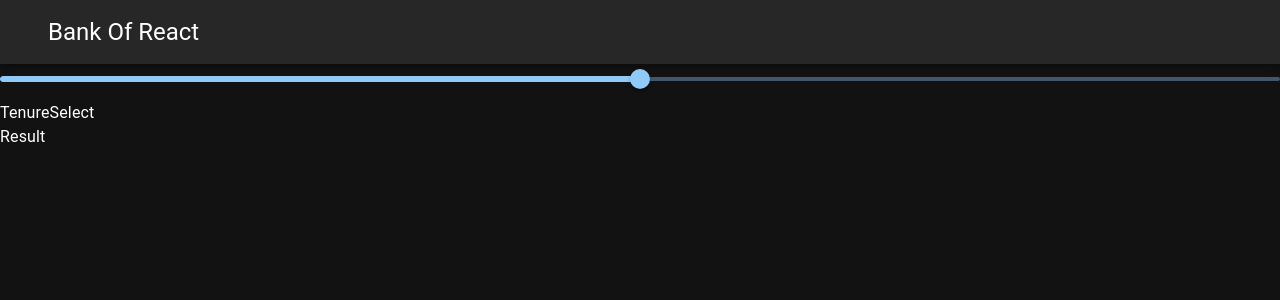
Repository: MikeeBuilds/mortgage-calculator
Page: /
The author's editor kept a copy of each file at every save. The page is drawn from the files as they stood at one save, then again after a run of saves.
The browser window is 1280 px wide. The pictures show the whole page.
The project was rebuilt for these pictures with package versions that can differ from the ones it lists, and the page was loaded fresh each time.

Above is the page before, as saved 2023-04-03 17:13:13.

After the next 6 saves:
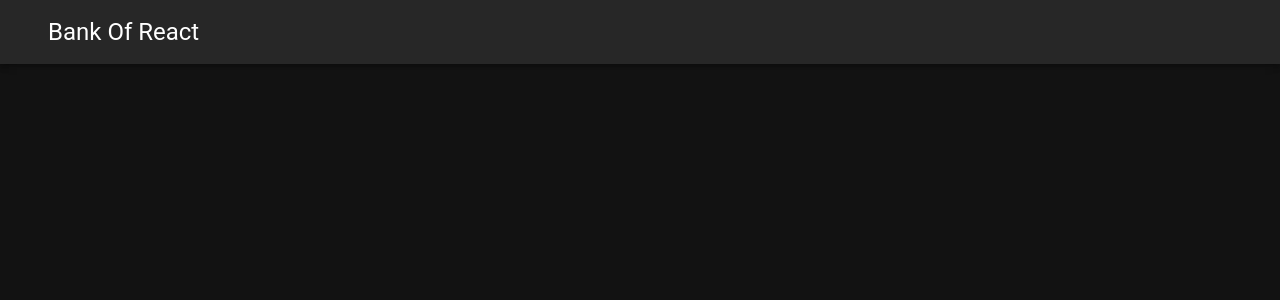
The 6 saves are shown as one change because 1 did not build or start and some came seconds apart.
The last was saved 66 s later.
--- a/src/App.js
+++ b/src/App.js
@@ -1,3 +1,4 @@
+import { Container } from "@mui/material";
 import Navbar from "./components/Navbar";
 import Result from "./components/Result";
 import SliderSelect from "./components/SliderSelect";
@@ -8,9 +9,7 @@ function App() {
   return (
     <div className="App">
       <Navbar />
-      <SliderSelect />
-      <TenureSelect />
-      <Result />
+      <Container></Container>
     </div>
   );
 }
